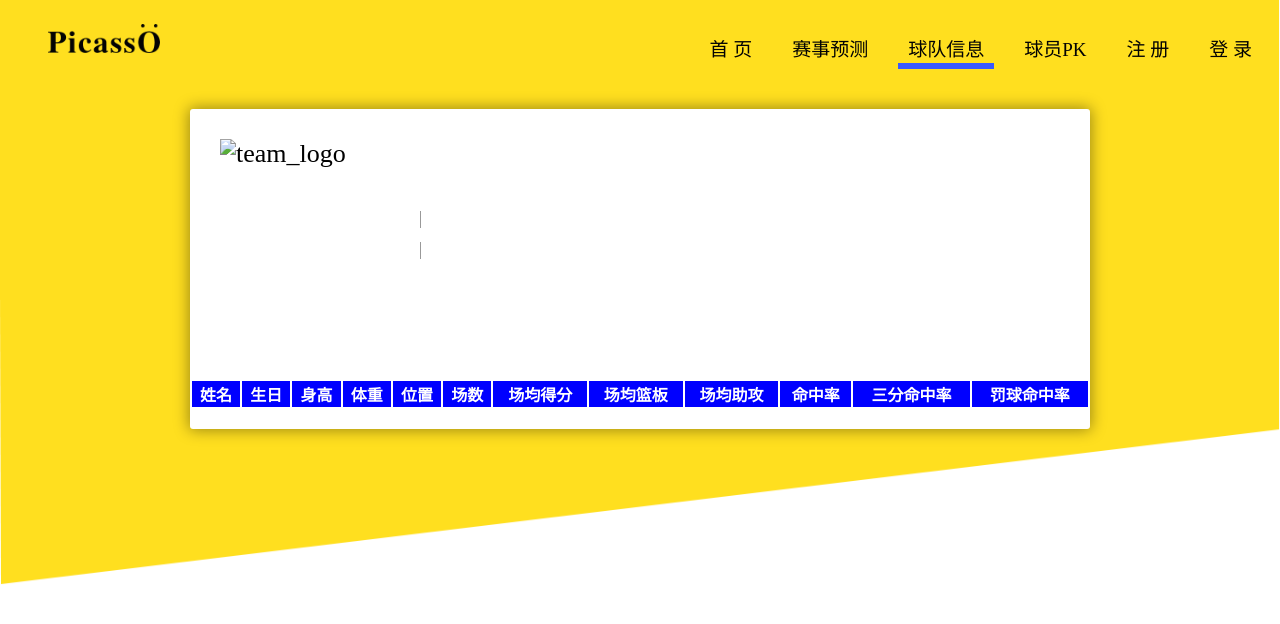
Repository: cciixx/nba-prediction-sys
Page: public/team.html
An editor plug-in stored every save of this project. The page is shown before and after the next save, followed by the edit.
The browser window is 1280 px wide. The pictures show the whole page.
The page's requests for data from a server got no answer.

Above is the page before, as saved 2020-04-03 21:16:57.

### public/team.html
<!DOCTYPE html>
<html lang="en, zh" s>
  <head>
    <meta charset="utf-8" />
    <title>NBA预测系统-球队信息</title>
    <link href="/css/navl.css" rel="stylesheet" type="text/css" />
    <link href="/css/team.css" rel="stylesheet" type="text/css" />
    <script src="/JS/jquery-3.4.1.js"></script>
    <script src="/JS/echarts.min.js"></script>
    <script src="/JS/team.js"></script>
    <style>
      body {
        background-image: url(/images/half_yellow.png);
      }
    </style>
  </head>

  <body>
    <div class="header">
      <main>
        <ul class="navl">
          <li><a href="login.html">登 录</a></li>
          <li><a href="register.html">注 册</a></li>
          <li><a href="PK_index.html">球员PK</a></li>
          <li style="border-bottom: 6px solid #3a59fd;">
            <a href="team_index.html">球队信息</a>
          </li>
          <li><a href="predict.html">赛事预测</a></li>
          <li><a href="first.html">首 页</a></li>
          <img src="/images/logo.png" alt="PicassÖ" />
        </ul>
      </main>
    </div>

    <div class="wrapper">
      <main>
        <div class="team_bg">
          <img id="img_logo" alt="team_logo" />
          <div style="float: left;width: fit-content;">
            <p class="team_name" , id="t_name"></p>
            <p>
              <span class="win" , id="win"></span>
              <span class="rank" , id="rank"></span>
            </p>
            <p>
              <span class="manager" id="gm"></span>
              <span class="coach" id="hc"></span>
            </p>
          </div>

          <div id="chartmain"></div>

          <div id="player_list">
            <table id="player_table">
              <tr>
                <th class="player center" data-field="name">姓名</th>
                <th class="player center" data-field="age">生日</th>
                <th class="player center" data-field="tall">身高</th>
                <th class="player center" data-field="weight">体重</th>
                <th class="player center" data-field="position">位置</th>
                <th class="player center" data-field="times">场数</th>
                <th class="player center" data-field="score_avg">场均得分</th>
                <th class="player center" data-field="block">场均篮板</th>
                <th class="player center" data-field="assistant">场均助攻</th>
                <th class="player center" data-field="fg">命中率</th>
                <th class="player center" data-field="name">三分命中率</th>
                <th class="player center" data-field="name">罚球命中率</th>
              </tr>
            </table>
          </div>
        </div>
      </main>
    </div>
  </body>
</html>

### public/css/navl.css
/* CSS Document */
body{
	background-repeat: no-repeat;
	background-position: top;
	background-size: 100%, 100%;
	background-attachment: fixed;
}
.header{
    overflow: hidden;
}
.btn{
	background: #3a59fd;
	font-family: '方正小标宋简体';
	color: white;
}
.navl ul{
	margin: 30px;
	width: 600px;
	height: 300px;
	color: #030303;
	position: absolute;
	top: 10px;
}
.navl li{
		height: 29px;
		width: fit-content;
		margin: 10px;
		list-style: none;
		float: right;
}
.navl img{
	float: left;
	height: 29px;
}
.navl a{
	margin: 0px 10px;
	color:#030303;
	text-align: left;
	text-decoration: none;
	font-size: 19px;
}
.wrapper{
    width: 100%;
}

### public/css/team.css
.team_bg{
    overflow: hidden;
    width: 900px;
    height: fit-content;
    margin: 30px auto;
	font-size: 26px;
	background: white;
	border: 0 none;
    border-radius: 3px;
    box-shadow: 0 0 15px 1px rgba(0, 0, 0, 0.4);
    box-sizing: border-box;
}
.team_bg p{
    height: 5px;
    width: fit-content;
}
.team_bg .team_name{
    margin-top: 62px;
}
.team_bg span{
    font-size: 16px;
}
.team_bg .win, .manager{
    margin-right: 10px;
    padding-right: 10px;
    border-right: 1px solid #999999;
}
#img_logo{
    float: left;
    width: 160px;
    height: 160px;
    margin: 30px;
}
#chartmain{
    /* border:2px solid #666; */
    width:33%;
    margin: 15px;
    height:240px;
    float:right;
}
#player_table{
    margin-bottom: 20px;
    width: 900px;
    margin-top: 90px;
    font-size:16px;
}
#player_table th{
    background-color: blue;
    color: white;
}

### public/JS/team.js
$(document).ready(function() {
  var searchURL = window.location.search;
  var team_code = searchURL.split("=")[1];
  $.ajax({
    url: "http://127.0.0.1:3000/teams?t_code=" + team_code,
    type: "get",
    dataType: "json",
    success: function(data) {
      var data = data[0];
      var team_logo = data["name"];
      var team_name = data["team_name"];
      var win = data["win"];
      var lose = data["lose"];
      var rank = data["rank"];
      var gm = data["gm"]; // general manager
      var hc = data["hc"]; // head coach
      var pts = data["pts"]; // 场均得分
      var pf = data["pf"]; //场均犯规
      var ast = data["ast"]; // 场均助攻
      var stl = data["stl"]; // 场均抢断
      var reb = data["reb"]; // 场均篮板
      var tov = data["tov"]; // 场均失误
      var roster = data["roster"]; //球员列表

      $("#img_logo").attr("src", team_logo);
      $("#t_name").text(team_name);
      $("#win").text("胜-" + win + "  ;负-" + lose);
      $("#rank").text("排名  ;东部第" + rank + "名");
      $("#gm").text("经理  " + gm);
      $("#hc").text("教练  " + hc);

      // 队员列表
      for (var i = 0; i < roster.length; i++) {
        var tr =
          '<td><a href = "player.html?p_id=' +
          roster[i].id +
          '">' +
          roster[i].name +
          "</td></a>" +
          "<td>" +
          roster[i].birthday +
          "</td>" +
          "<td>" +
          roster[i].height +
          "</td>" +
          "<td>" +
          roster[i].weight +
          "</td>" +
          "<td>" +
          roster[i].pos +
          "</td>" +
          "<td>" +
          roster[i].gp +
          "</td>" +
          "<td>" +
          roster[i].pts +
          "</td>" +
          "<td>" +
          roster[i].reb +
          "</td>" +
          "<td>" +
          roster[i].ast +
          "</td>" +
          "<td>" +
          roster[i].fgp +
          "</td>" +
          "<td>" +
          roster[i].tfgp +
          "</td>" +
          "<td>" +
          roster[i].ftfgp +
          "</td>";
        $("#player_table").append("<tr>" + tr + "</tr>");
      }

      window.onload = function() {
        // 指定图表的配置项和数据
        option = {
          // 标题
          // title: {
          // text: '队伍数据'
          // },
          tooltip: {},
          grid: { position: "center" },
          legend: { data: ["球队能力值", "联盟平均值"] },
          radar: {
            shape: "circle",
            name: {
              textStyle: {
                color: "white",
                backgroundColor: "orange",
                borderRadius: 2,
                padding: [3, 5]
              }
            },
            indicator: [
              { name: "场均得分", max: 120 },
              { name: "场均犯规", max: 25 },
              { name: "场均篮板", max: 52 },
              { name: "场均抢断", max: 10 },
              { name: "场均助攻", max: 30 },
              { name: "场均失误", max: 18 }
            ]
          },
          series: [
            {
              name: "球队vs联盟均值（Team VS League）",
              type: "radar",
              // areaStyle: {normal: {}},
              data: [
                {
                  value: [pts, pf, ast, stl, reb, tov],
                  name: "球队（Team）"
                },
                {
                  value: [111.4, 20.6, 44.9, 7.7, 24.3, 14.5],
                  name: "联盟均值（Average of League）"
                }
              ]
            }
          ]
        };
        // 获取dom容器
        var myChart = echarts.init(document.getElementById("chartmain"));
        // 使用刚指定的配置项和数据显示图表。
        myChart.setOption(option);
      };
    }
  });
});

Loaded but not shown: public/JS/jquery-3.4.1.js (library); public/JS/echarts.min.js (library)

After the next save:
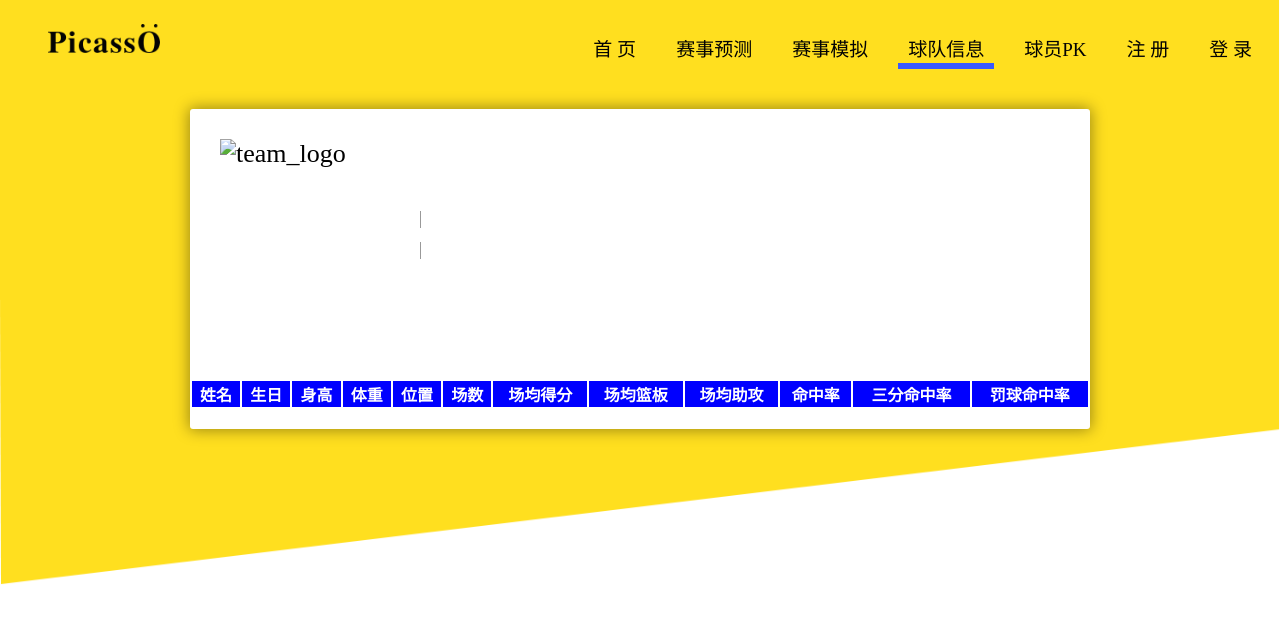
Saved 110 s later.
--- a/public/team.html
+++ b/public/team.html
@@ -22,9 +22,8 @@
           <li><a href="login.html">登 录</a></li>
           <li><a href="register.html">注 册</a></li>
           <li><a href="PK_index.html">球员PK</a></li>
-          <li style="border-bottom: 6px solid #3a59fd;">
-            <a href="team_index.html">球队信息</a>
-          </li>
+          <li style="border-bottom: 6px solid #3a59fd;"><a href="team_index.html">球队信息</a></li>
+          <li><a href="live_index.html">赛事模拟</a></li>
           <li><a href="predict.html">赛事预测</a></li>
           <li><a href="first.html">首 页</a></li>
           <img src="/images/logo.png" alt="PicassÖ" />
